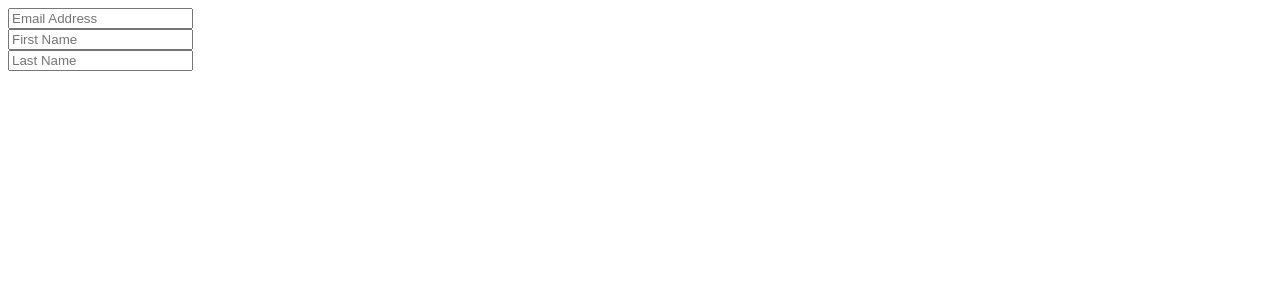
Repository: revaturelabs/rideshare-old
Page: rideshare/src/main/webapp/static/partials/landingsample.html
The author's editor kept a copy of each file at every save. The page is drawn from the files as they stood at one save, then again after the next save.
The browser window is 1280 px wide. The pictures show the whole page.

Above is the page before, as saved 2017-07-07 18:19:22.

After the next save:
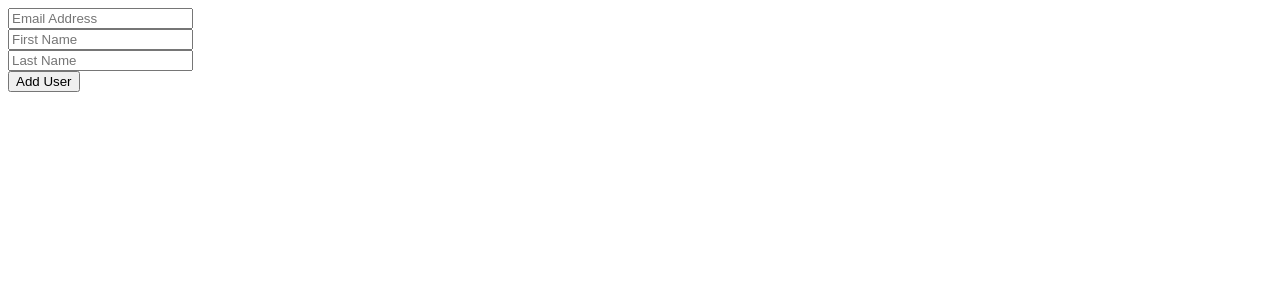
Saved 51 s later.
--- a/rideshare/src/main/webapp/static/partials/landingsample.html
+++ b/rideshare/src/main/webapp/static/partials/landingsample.html
@@ -3,6 +3,6 @@
 <input type="text" ng-model="user.email" placeholder="Email Address"/> <br>
 <input type="text" ng-model="user.firstname" placeholder = "First Name"/> <br>
 <input type="text" ng-model="user.lastname" placeholder = "Last Name"/> <br>
-
+<input type="submit" value="Add User" ng-click="addUser()"/>
 
 </div>
